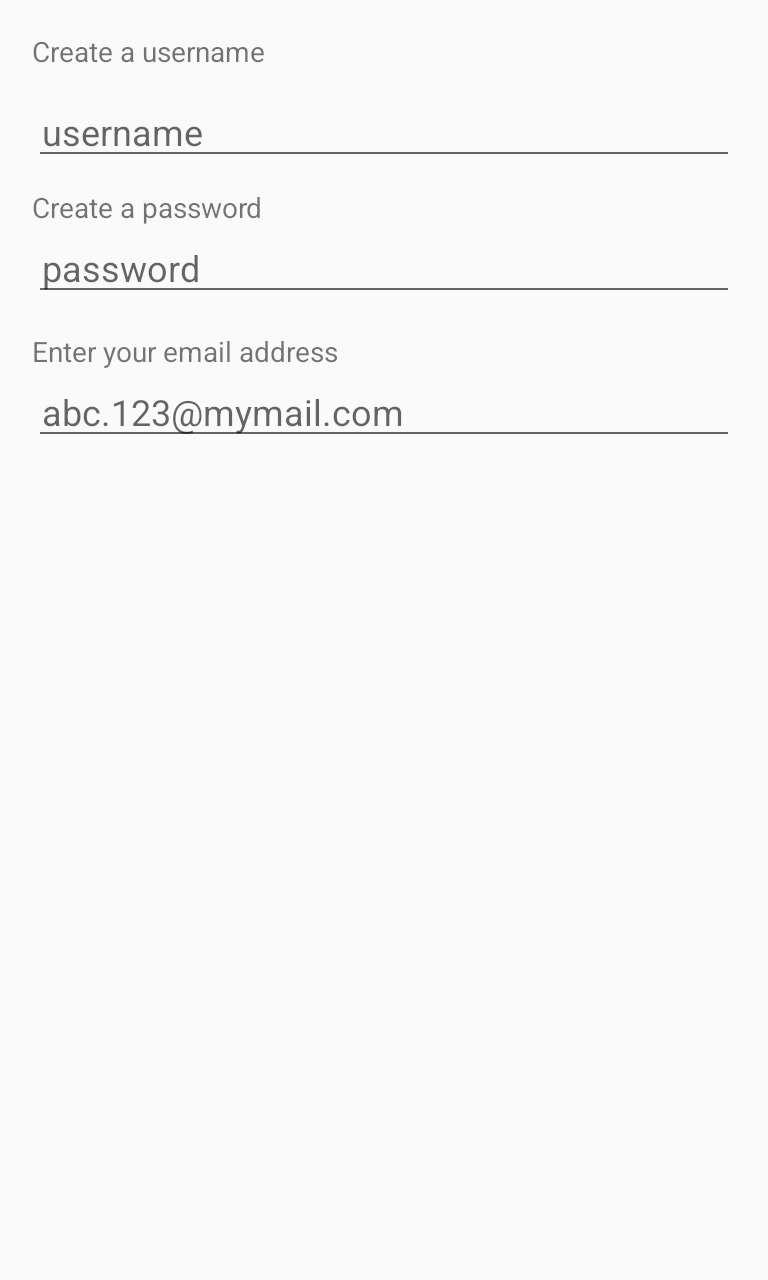
Repository: israelhill/Noteworthy
Layout: Noteworthy/res/layout/fragment_sign_up.xml
These files come from the project's save history. The layout is drawn as it stood at one moment and after the next save; the edit follows.
It is drawn on a 768 x 1280 px phone screen (xhdpi) without system bars, with theme AppTheme; the app's code is not run.

Above is the layout before, as saved 2014-09-06 10:50:49.

After the next save:
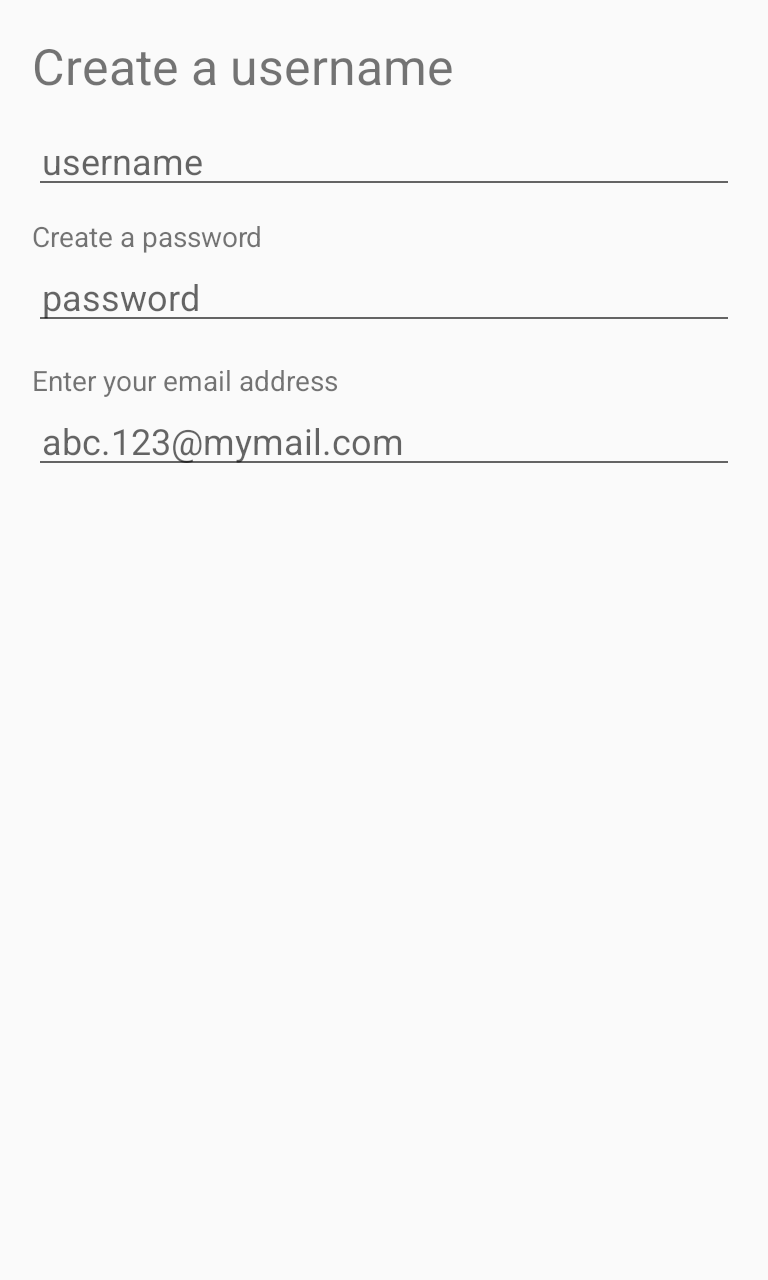
Saved 55 s later.
--- a/Noteworthy/res/layout/fragment_sign_up.xml
+++ b/Noteworthy/res/layout/fragment_sign_up.xml
@@ -12,7 +12,8 @@
     <TextView
         android:layout_width="wrap_content"
         android:layout_height="wrap_content"
-        android:text="@string/enter_username" />
+        android:text="@string/enter_username"
+        android:textSize="25sp" />
 
     <EditText
     android:id="@+id/signup_username"
